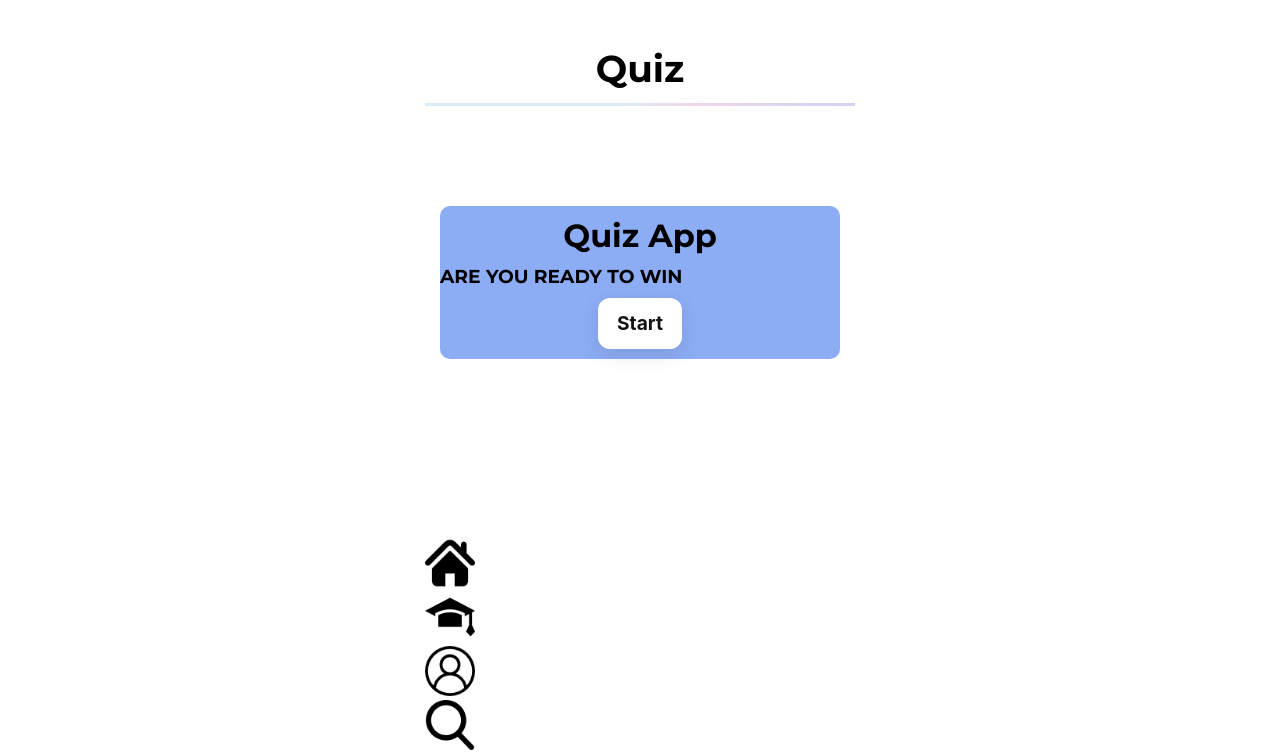
Repository: 1medi/pocketprof
Page: /QuizPage
The author's editor kept a copy of each file at every save. The page is drawn from the files as they stood at one save, then again after the next save.
The browser window is 1280 px wide. The pictures show the whole page.
The project was rebuilt for these pictures with package versions that can differ from the ones it lists, and the page was loaded fresh each time. The framework's server and built-in components were replaced by stand-ins that run in the browser. Also part of the build but not shown: next.config.mjs, Components/Buttons/Oscar/Oscar.module.css, Components/Buttons/Oscar/index.js.

Above is the page before, as saved 2024-05-04 01:10:09.

After the next save:
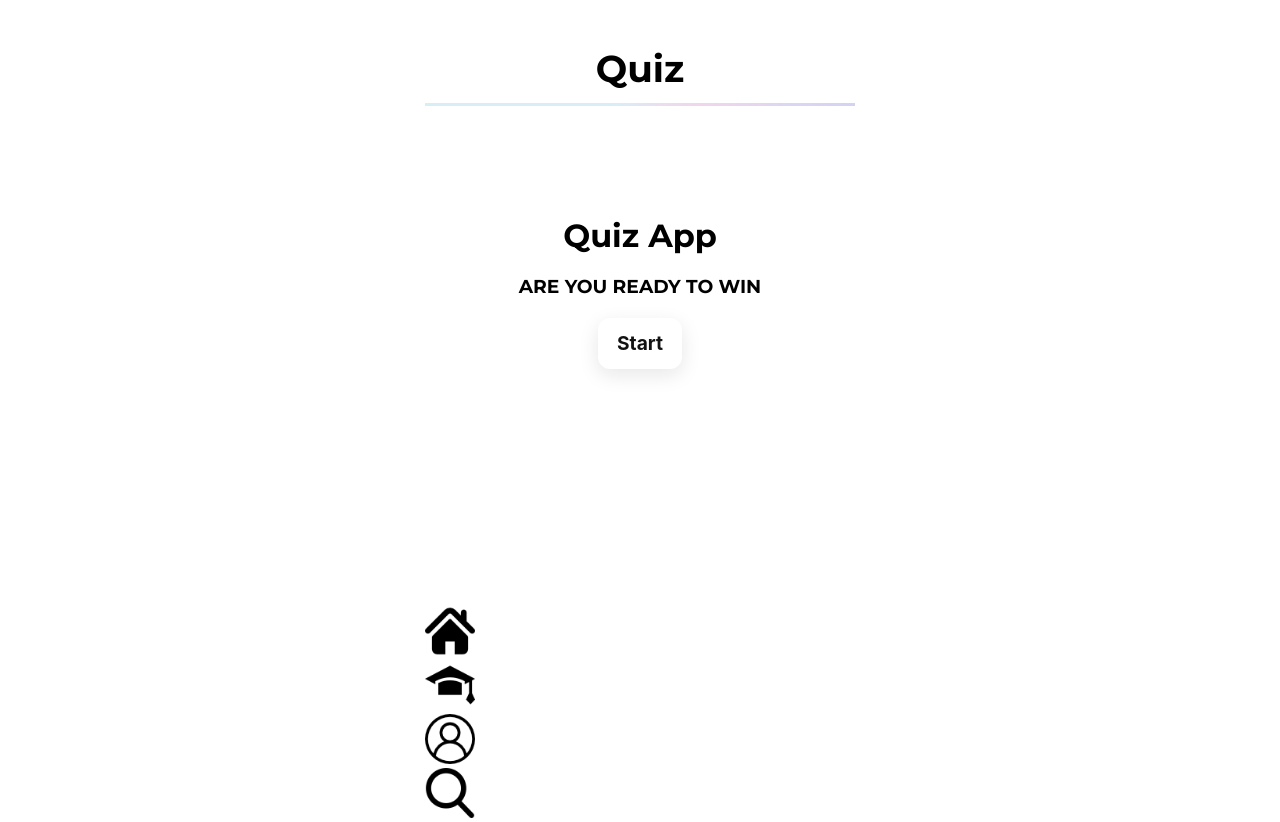
Saved 73 s later.
--- a/styles/QuizPage.module.css
+++ b/styles/QuizPage.module.css
@@ -29,13 +29,7 @@
   z-index: 1;
 }
 
-.title{
-  text-align: center;
-  padding:10px;
-  font-family: "Montserrat", "sans-serif";
-}
-
-.shape {
+.container {
   background: linear-gradient(45deg, var(--primary) 0%, var(--secondary) 100%);
  animation: morph 8s ease-in-out infinite;
  border-radius: 60% 40% 30% 70% / 60% 30% 70% 40%;
@@ -62,6 +56,18 @@
  }
 }
 
+
+.title{
+  text-align: center;
+  padding:10px;
+  font-family: "Montserrat", "sans-serif";
+}
+
+.descriptionContainer{
+  text-align: center;
+  padding:10px
+}
+
 .buttonContainer {
   text-align: center;
   padding: 10px;
